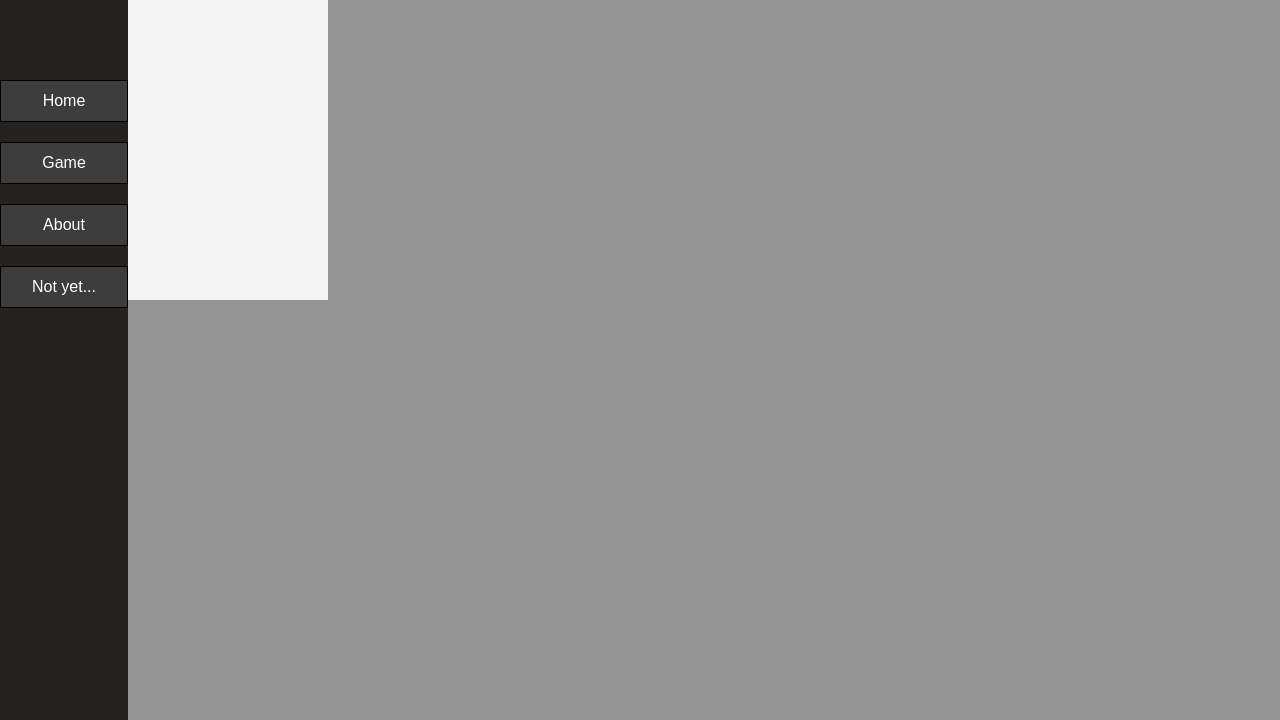
Repository: LaukiniXs/astronomia
Page: index.html
The author's editor kept a copy of each file at every save. The page is drawn from the files as they stood at one save, then again after the next save.
The browser window is 1280 px wide. The pictures show the whole page.

Above is the page before, as saved 2020-05-18 14:52:50.

### index.html
<html>
	<head>
	<meta charset="UTF-8">
		<title>Fully fledged page</title>
			<link rel="stylesheet" type="text/css" href="style.css">

	</head>
	<body>
		<div id="sidebar">
		<a href=""><button class="button" style="height:42px; margin-top: 80px;">Home</button></a>
		<a href="./game.html"><button class="button" style="height:42px;">Game</button></a>
		<a href="./about.html"><button class="button" style="height:42px;">About</button></a>
		<a href=""><button class="button" style="height:42px;">Not yet...</button></a>
		</div>
		<div id="clearFloat"></div>
		<div id="textcontent1"></div>

	</body>

</html>

### style.css
* {
    margin: 0px;
    padding: 0px;
    font-family: Arial, Helvetica, sans-serif;
}
body{
  background-color:  #949494;
}
#sidebar {
    float: left;
    background-color:#242322;
    width: 10%;
    height: 100%;
}
.button {
  user-select: none;
  float: left;
    border: 1px solid black;
    background: #3d3d3d;
    color: white;
    font-family: Arial, Helvetica, sans-serif;
    font-size: 16px;
    line-height: 18px;
    white-space: nowrap;
    text-decoration: none;
    width: 100%;
    margin: 10px 0;
    cursor: pointer;
  }
  .floatRight{
    float: right;

  }
  .clearFloat{
    clear: both;
  }
  a {
   text-decoration: none;
    color: white;
  }
  #contents{
    word-wrap: break-word;
    float: left;
    width: 40%;
    height: 100%;
    background-color: violet;
  }
  .contentText{
    margin: 50px 10px;
    font-size: 20px;
  }
  #splash {
    user-select: none;
    float: left;
    margin: 0 2px;
    z-index: 10;
    position: absolute;
    background: rgba(0, 0, 0, 0.5);
    width: 1000px;
    padding: 100px 0;
    text-align: center;
}

#play-btn {
    width: 150px;
    height: 40px;
    background-color: crimson;
    border: 0px;
}

#title {
    color: white;
    font-size: 60px;
    font-family: Arial, Helvetica, sans-serif;
}

#controls {
    color: #c9c9c9;
    font-family: Arial, Helvetica, sans-serif;
    padding-top: 40px;
}

.controlBtn {
    font-weight: bold;
    color: #f0f0f0;
}

#gameover {
  float: left;
  margin-left: 50px;
  width: 1000px;
  height: 580px;
    display: none;
    color: white;
    position: absolute;
    background: rgba(0, 0, 0, 0.5);
    width: 1000px;
    text-align: center;
    font-size: 60px;
    font-family: Arial, Helvetica, sans-serif;
}
#tip{
    user-select: none;
    font-size: 20px;
    font-family: Arial, Helvetica, sans-serif;
}
#game{
  margin-top: 30px;
  float: left;
}
#gamediv{
  margin-top: 12px;
  margin-left: 30px;
  float: left;
}
#log{
  float: left;
}
#gameoverText{
  user-select: none;
  margin-top: 200px;
}
#splash{
  margin-top: 100px;
  margin-left: 50px;
}
#textcontent1{
  margin: 0 auto;
  float: left;
  height: 300px;
  width: 200px;
  word-wrap: break-word;
  background-color: whitesmoke;
}

After the next save:
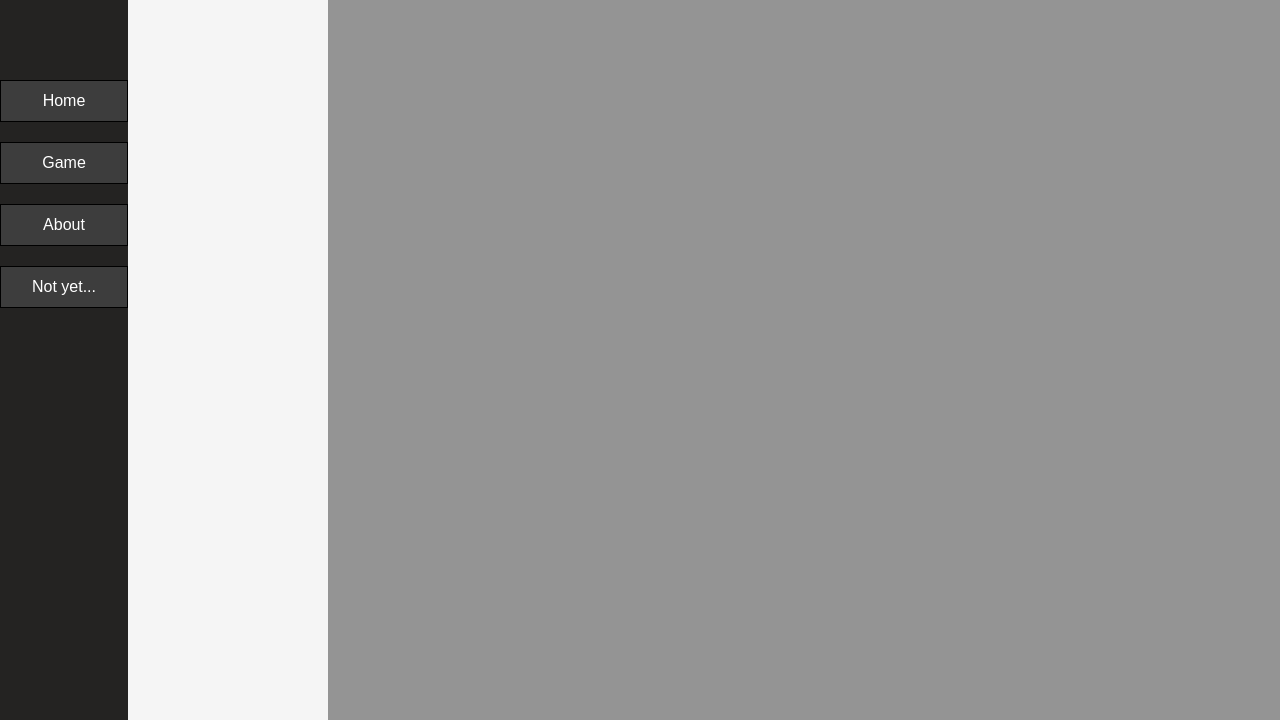
Saved 44 s later.
--- a/style.css
+++ b/style.css
@@ -125,9 +125,9 @@ body{
   margin-left: 50px;
 }
 #textcontent1{
-  margin: 0 auto;
+
   float: left;
-  height: 300px;
+  height: 100%;
   width: 200px;
   word-wrap: break-word;
   background-color: whitesmoke;
